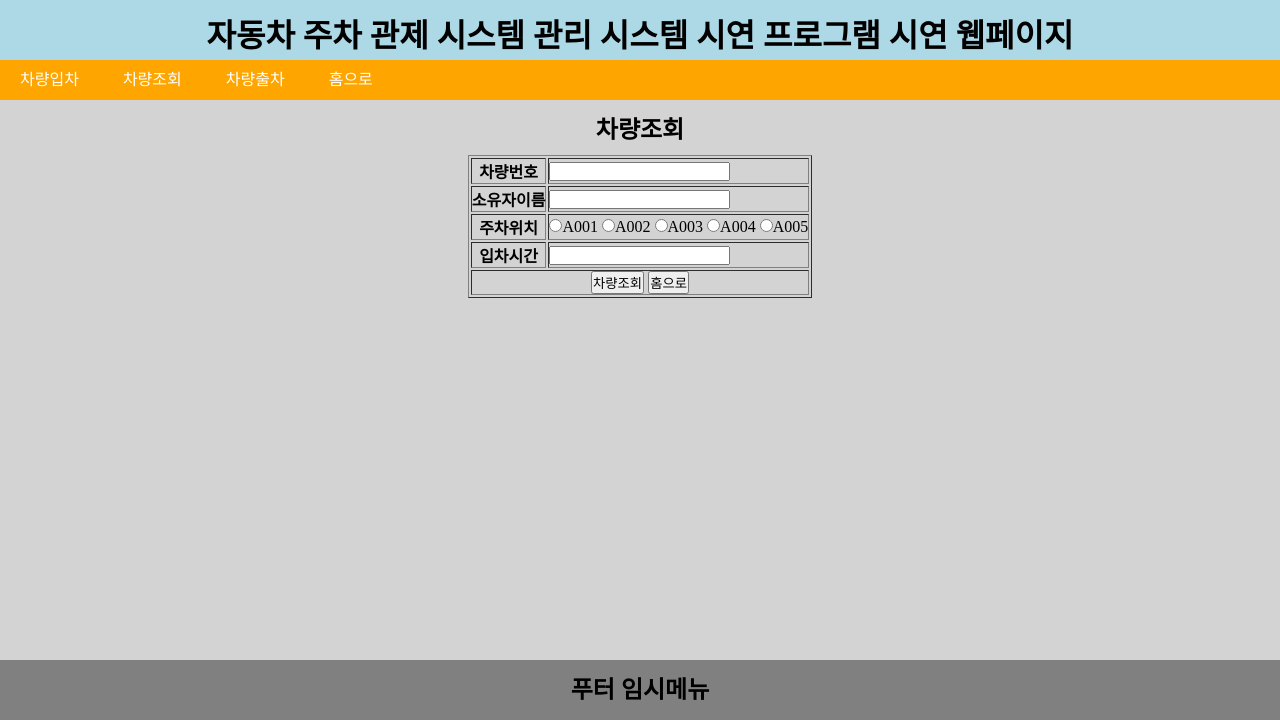
Repository: Ghraminal/mytest
Page: http://localhost/farking/list.jsp
These files come from the project's save history. The page is drawn as it stood at one moment and after the next save; the edit follows.
The browser window is 1280 px wide. The pictures show the whole page.
The page is served by Tomcat 9.

Above is the page before, as saved 2025-08-20 05:35:57.

After the next save:
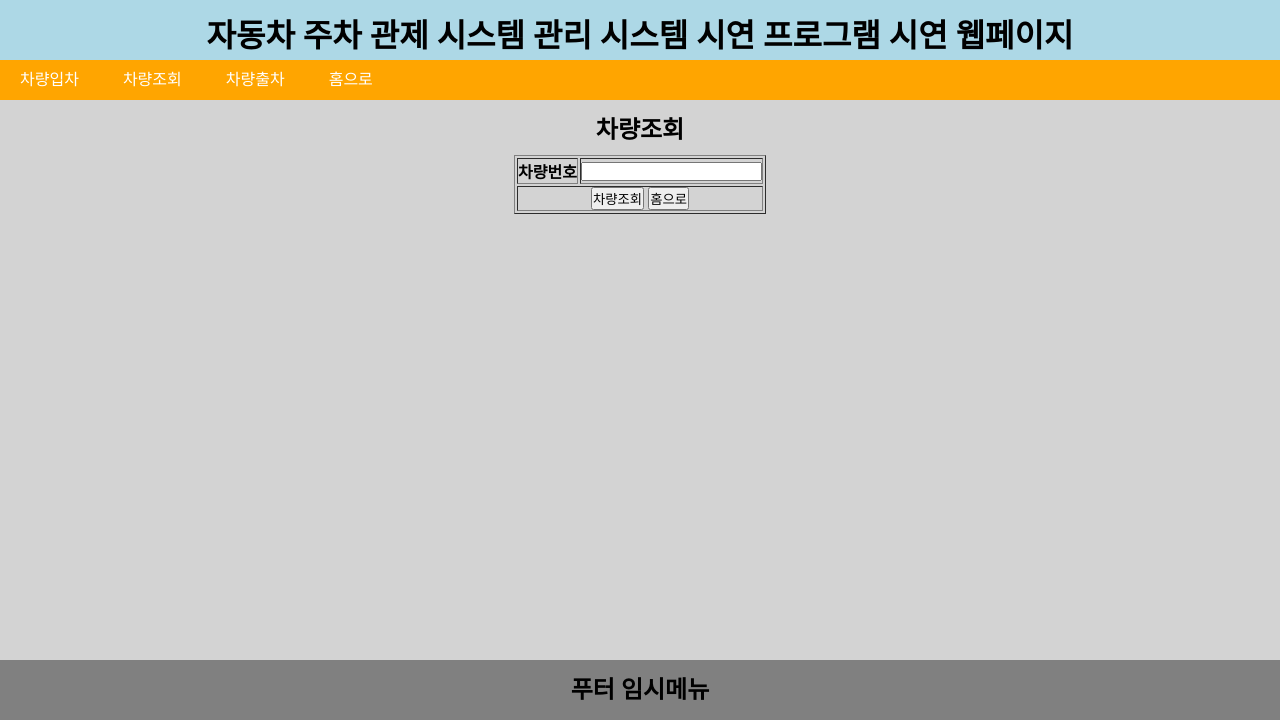
Saved 12 s later.
--- a/farking/src/main/webapp/list.jsp
+++ b/farking/src/main/webapp/list.jsp
@@ -43,24 +43,6 @@
 			<td><input type="text" name="car_number"></td>
 		</tr>
 		<tr>
-			<th>소유자이름</th>
-			<td><input type="text" name="owner_name"></td>
-		</tr>
-		<tr>
-			<th>주차위치</th>
-			<td>
-			<input type="radio" name="location">A001
-			<input type="radio" name="location">A002
-			<input type="radio" name="location">A003
-			<input type="radio" name="location">A004
-			<input type="radio" name="location">A005
-			</td>
-		</tr>
-		<tr>
-			<th>입차시간</th>
-			<td><input type="text" name="entrance_time"></td>
-		</tr>
-		<tr>
 			<th colspan="2">
 				<input type="button" value="차량조회" onclick="serch()">
 				<input type="button" value="홈으로" onclick="location.href='index.html'">
